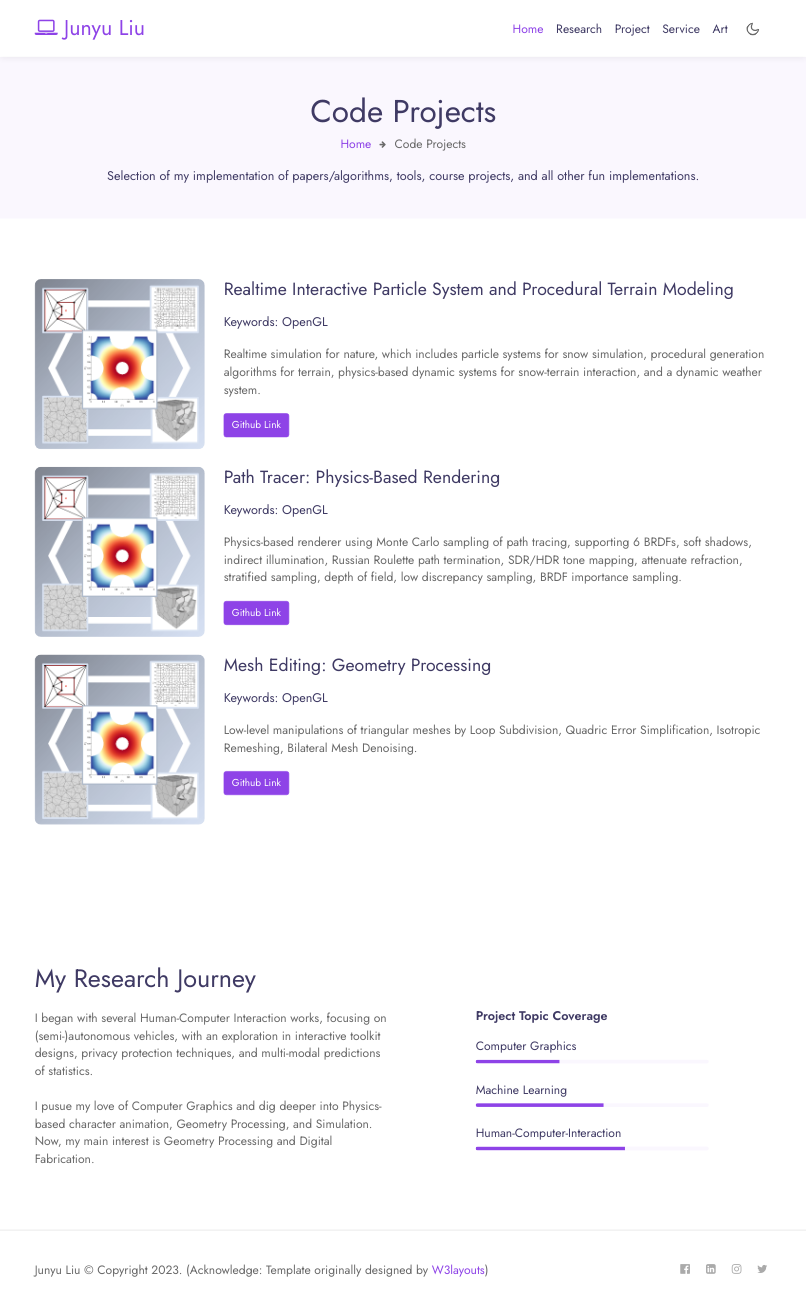
Repository: Junyu-Liu-Nate/junyu-liu-nate.github.io
Page: project.html
An editor plug-in stored every save of this project. The page is shown before and after the next save, followed by the edit.
The browser window is 1280 px wide. The pictures show the whole page, at 63% of full size.

Above is the page before, as saved 2024-04-10 19:01:46.
Console error: TypeError: Cannot read properties of null (reading 'classList')

After the next save:
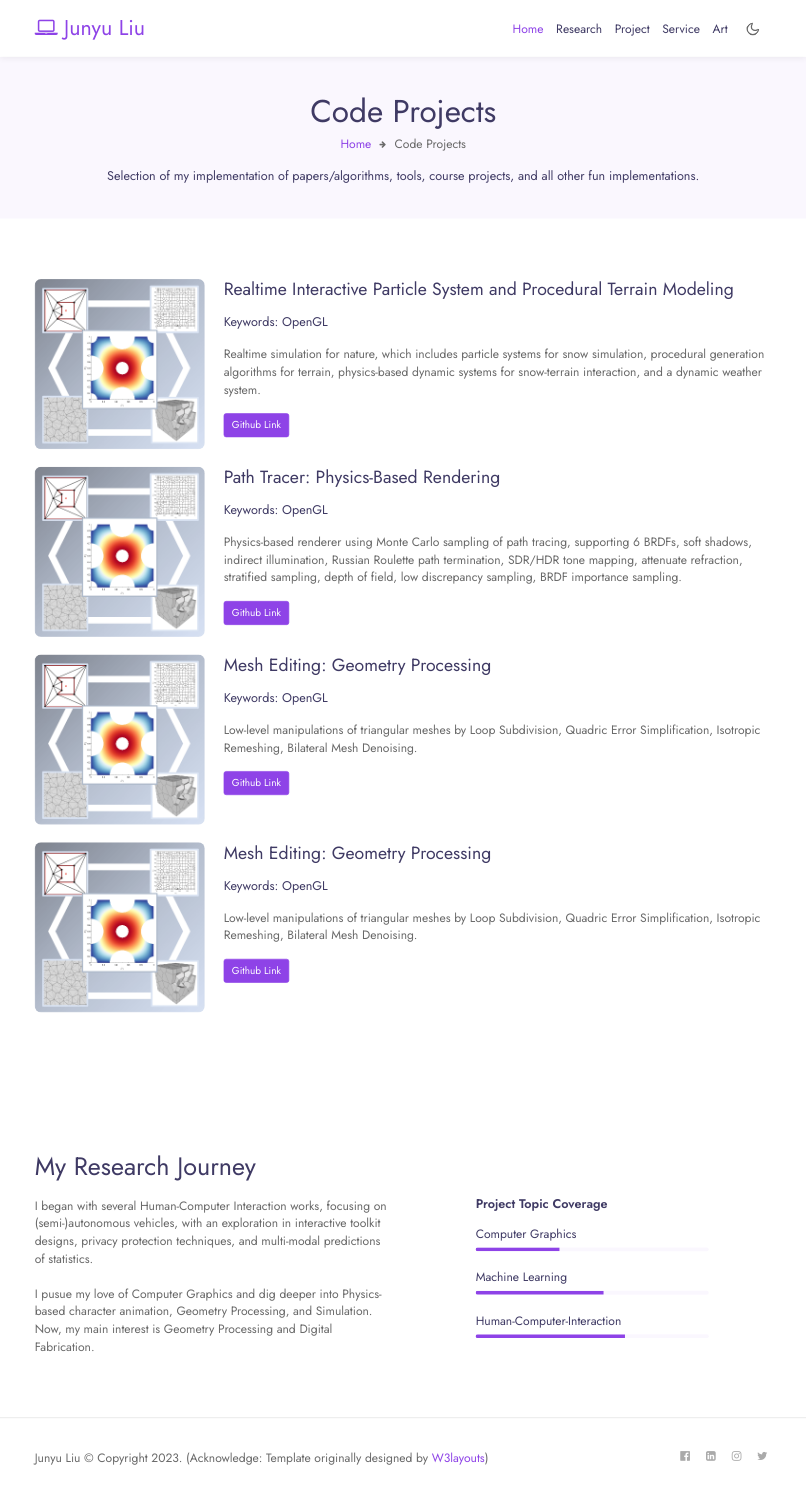
Saved 39 s later.
--- a/project.html
+++ b/project.html
@@ -170,6 +170,30 @@ Author URL: http://w3layouts.com
             </div>
 
             <p><br></p>
+
+            <div class="row">
+              <div class="col-lg-3">
+                <div class="position-relative">
+                    <img src="assets/images/project/thumnail/port-FEM-vs-VEM.png" alt="" class="radius-image img-fluid">
+                </div>
+              </div>
+              <div class="col-lg-9 mt-lg-0 mt-5">
+                  <!-- <h5 class="title-small mb-2">Hello, I am UI/UX Designer</h5> -->
+                  <h3 class="title">Mesh Editing: Geometry Processing</h3>
+                  <br>
+                  <h5>Keywords: OpenGL</h5>
+                  <br>
+                  <p>
+                    Low-level manipulations of triangular meshes by Loop Subdivision, Quadric Error Simplification, Isotropic Remeshing, Bilateral Mesh Denoising.
+                  </p>
+                  <br>
+                  <div>
+                    <a href="https://github.com/Junyu-Liu-Nate/Mesh-Editing-Geometry-Processing" class="btn btn-primary">Github Link</a>
+                  </div>
+              </div>
+            </div>
+
+            <p><br></p>
         </div>
 
     </div>
